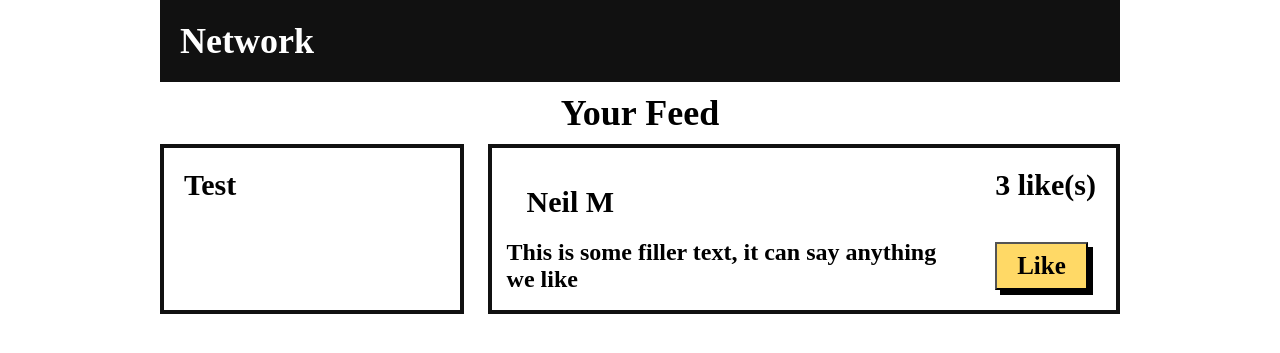
Repository: Blender20/liking_likes
Page: index.html
These files come from the project's save history. The page is drawn as it stood at one moment and after the next save; the edit follows.
The browser window is 1280 px wide. The pictures show the whole page.
Some web fonts or font styles are not loaded; a fallback is used.

Above is the page before, as saved 2022-03-29 22:48:54.

After the next save:
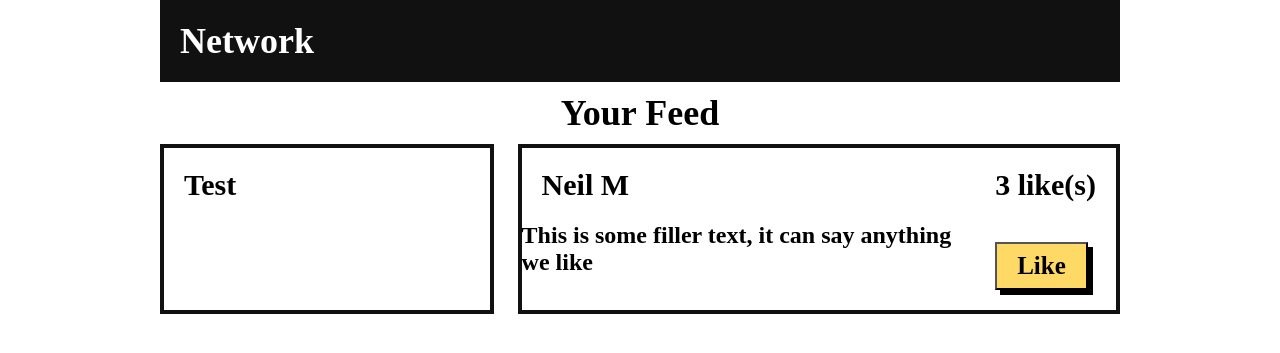
Saved 8 s later.
--- a/style.css
+++ b/style.css
@@ -43,7 +43,7 @@
   /* flex:2; */
   margin: 0 auto;
 }
-
+.right
 .user{
   padding: 15px ;
   flex:1;

After the save that followed:
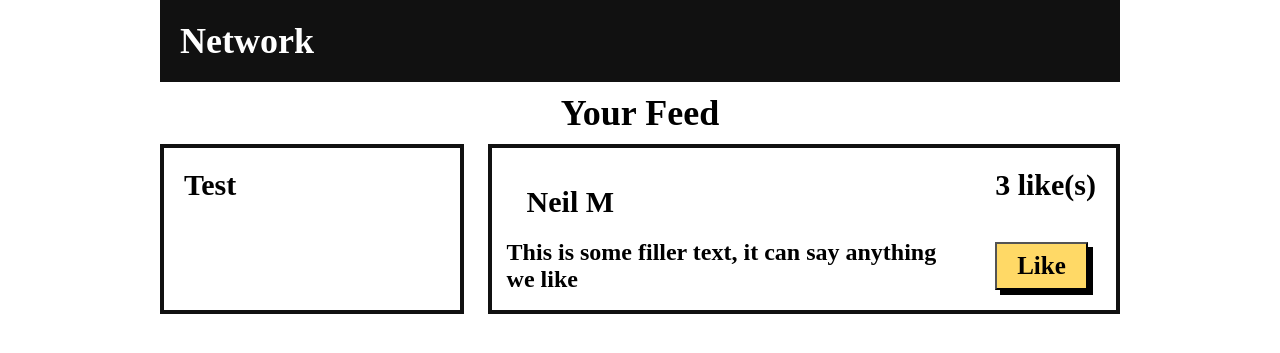
Saved 15 s later.
--- a/style.css
+++ b/style.css
@@ -43,7 +43,9 @@
   /* flex:2; */
   margin: 0 auto;
 }
-.right
+.right {
+
+}
 .user{
   padding: 15px ;
   flex:1;
